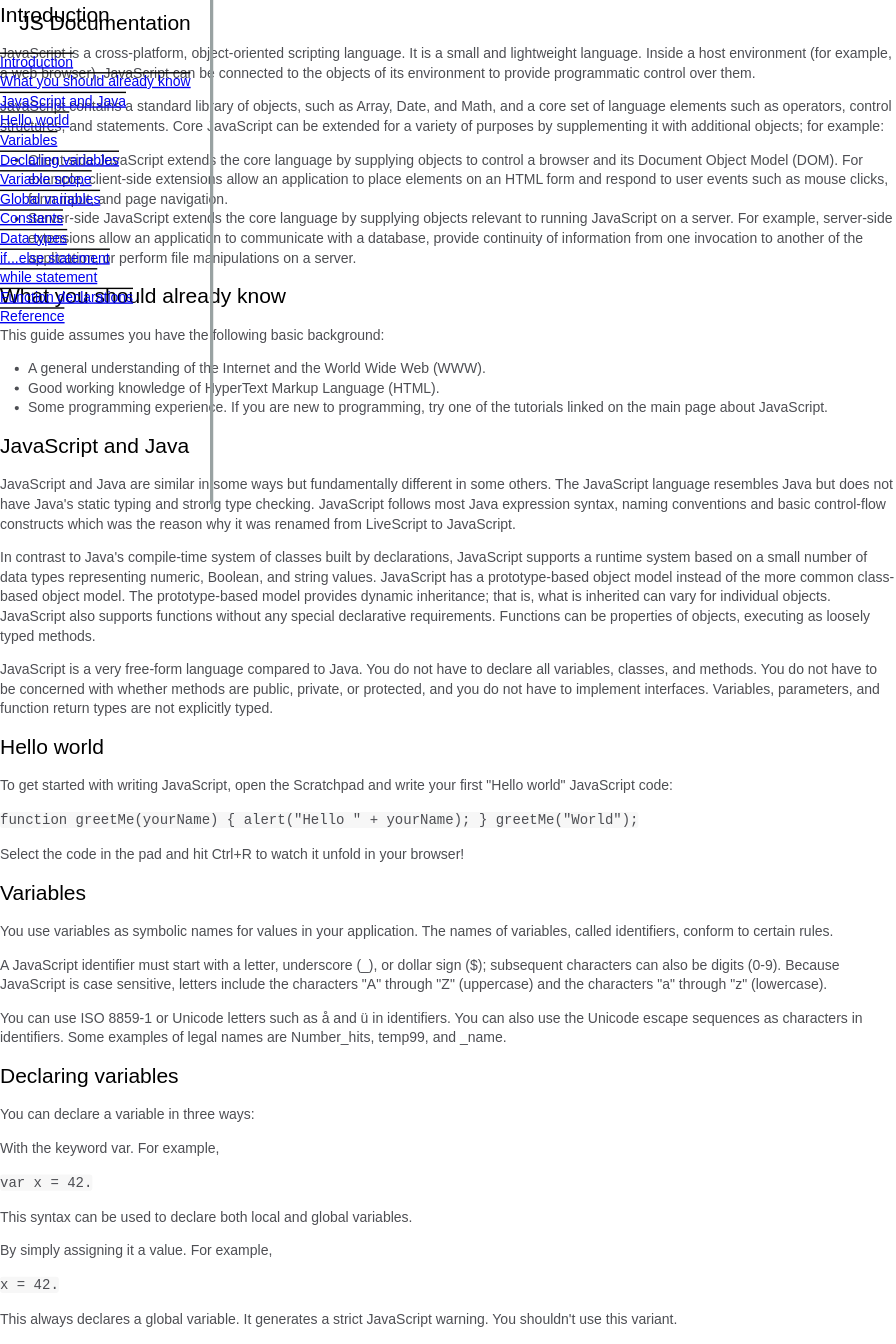
Repository: Lungdjos/technical_document_page_certificate
Page: index.html
These files come from the project's save history. The page is drawn as it stood at one moment and after a run of saves; the edit follows.
The browser window is 1280 px wide. The pictures show the part of the page from y = 0 to 1920 px (the page is 5728 px tall), at 70% of full size.

Above is the page before, as saved 2023-11-21 22:44:41.

### index.html
<!DOCTYPE html>
<html lang="en">

<head>
    <meta charset="UTF-8">
    <meta name="viewport" content="width=device-width, initial-scale=1.0">
    <title>Technical Document</title>
    <link rel="stylesheet" href="./styles.css">
</head>

<body>
    <nav id="nav-bar">
        <header>JS Documentation</header>
        <ul>
            <li>
                <a href="#Introduction" class="nav-link">Introduction</a>
            </li>
            <li>
                <a href="#What_you_should_already_know" class="nav-link">What you should already know</a>
            </li>
            <li>
                <a href="#JavaScript_and_Java" class="nav-link">JavaScript and Java</a>
            </li>
            <li>
                <a href="#Hello_world" class="nav-link">Hello world</a>
            </li>
            <li>
                <a href="#Variables" class="nav-link">Variables</a>
            </li>
            <li>
                <a href="#Declaring_variables" class="nav-link">Declaring variables</a>
            </li>
            <li>
                <a href="#Variable_scope" class="nav-link">Variable scope</a>
            </li>
            <li>
                <a href="#Global_variables" class="nav-link">Global variables</a>
            </li>
            <li>
                <a href="#Constants" class="nav-link">Constants</a>
            </li>
            <li>
                <a href="#Data_types" class="nav-link">Data types</a>
            </li>
            <li>
                <a href="#if...else_statement" class="nav-link">if...else statement</a>
            </li>
            <li>
                <a href="#while_statement" class="nav-link">while statement</a>
            </li>
            <li>
                <a href="#Function_declarations" class="nav-link">Function declarations</a>
            </li>
            <li>
                <a href="#Reference" class="nav-link">Reference</a>
            </li>
        </ul>
    </nav>
    <main id="main-doc">
        <section class="main-section" id="Introduction">
            <header id="">Introduction</header>
            <p>JavaScript is a cross-platform, object-oriented scripting language. It is a small and lightweight language. Inside a host environment (for example, a web browser), JavaScript can be connected to the objects of its environment to provide programmatic
                control over them.</p>
            <p>JavaScript contains a standard library of objects, such as Array, Date, and Math, and a core set of language elements such as operators, control structures, and statements. Core JavaScript can be extended for a variety of purposes by supplementing
                it with additional objects; for example:
                <ul>
                    <li>Client-side JavaScript extends the core language by supplying objects to control a browser and its Document Object Model (DOM). For example, client-side extensions allow an application to place elements on an HTML form and respond
                        to user events such as mouse clicks, form input, and page navigation.</li>
                    <li>Server-side JavaScript extends the core language by supplying objects relevant to running JavaScript on a server. For example, server-side extensions allow an application to communicate with a database, provide continuity of information
                        from one invocation to another of the application, or perform file manipulations on a server.</li>
                </ul>
            </p>

        </section>
        <section class="main-section" id="What_you_should_already_know">
            <header id="">What you should already know</header>
            <p>This guide assumes you have the following basic background:
                <ul>
                    <li>A general understanding of the Internet and the World Wide Web (WWW).</li>
                    <li>Good working knowledge of HyperText Markup Language (HTML).</li>
                    <li>Some programming experience. If you are new to programming, try one of the tutorials linked on the main page about JavaScript.</li>
                </ul>
            </p>

        </section>
        <section class="main-section" id="JavaScript_and_Java">
            <header id="">JavaScript and Java</header>
            <p>JavaScript and Java are similar in some ways but fundamentally different in some others. The JavaScript language resembles Java but does not have Java's static typing and strong type checking. JavaScript follows most Java expression syntax,
                naming conventions and basic control-flow constructs which was the reason why it was renamed from LiveScript to JavaScript.</p>
            <p>In contrast to Java's compile-time system of classes built by declarations, JavaScript supports a runtime system based on a small number of data types representing numeric, Boolean, and string values. JavaScript has a prototype-based object
                model instead of the more common class-based object model. The prototype-based model provides dynamic inheritance; that is, what is inherited can vary for individual objects. JavaScript also supports functions without any special declarative
                requirements. Functions can be properties of objects, executing as loosely typed methods.</p>
            <p>JavaScript is a very free-form language compared to Java. You do not have to declare all variables, classes, and methods. You do not have to be concerned with whether methods are public, private, or protected, and you do not have to implement
                interfaces. Variables, parameters, and function return types are not explicitly typed.</p>
        </section>
        <section class="main-section" id="Hello_world">
            <header id="">Hello world</header>
            <p>
                To get started with writing JavaScript, open the Scratchpad and write your first "Hello world" JavaScript code:</p>
            <code>function greetMe(yourName) { alert("Hello " + yourName); }
                greetMe("World");</code>
            <p>Select the code in the pad and hit Ctrl+R to watch it unfold in your browser!</p>
        </section>
        <section class="main-section" id="Variables">
            <header id="">Variables</header>
            <p>You use variables as symbolic names for values in your application. The names of variables, called identifiers, conform to certain rules.</p>
            <p>A JavaScript identifier must start with a letter, underscore (_), or dollar sign ($); subsequent characters can also be digits (0-9). Because JavaScript is case sensitive, letters include the characters "A" through "Z" (uppercase) and the
                characters "a" through "z" (lowercase).</p>
            <p>You can use ISO 8859-1 or Unicode letters such as å and ü in identifiers. You can also use the Unicode escape sequences as characters in identifiers. Some examples of legal names are Number_hits, temp99, and _name.</p>
        </section>
        <section class="main-section" id="Declaring_variables">
            <header id="">Declaring variables</header>
            <p>You can declare a variable in three ways:</p>
            <p>With the keyword var. For example,</p>
            <code>var x = 42.</code>
            <p>This syntax can be used to declare both local and global variables.</p>
            <p>By simply assigning it a value. For example,</p>
            <code>x = 42.</code><br>
            <p>This always declares a global variable. It generates a strict JavaScript warning. You shouldn't use this variant.</p>
            <p>With the keyword let. For example,</p>
            <code>let y = 13.</code>
            <p>This syntax can be used to declare a block scope local variable. See Variable scope below.</p>
        </section>
        <section class="main-section" id="Variable_scope">
            <header id="">Variable scope</header>
            <p>When you declare a variable outside of any function, it is called a global variable, because it is available to any other code in the current document. When you declare a variable within a function, it is called a local variable, because it
                is available only within that function.</p>
            <p>JavaScript before ECMAScript 2015 does not have block statement scope; rather, a variable declared within a block is local to the function (or global scope) that the block resides within. For example the following code will log 5, because
                the scope of x is the function (or global context) within which x is declared, not the block, which in this case is an if statement.</p>
            <code>if (true) { var x = 5; } console.log(x); // 5</code>
            <p>This behavior changes, when using the let declaration introduced in ECMAScript 2015.</p>
            <code>if (true) { let y = 5; } console.log(y); // ReferenceError: y is
                not defined</code>
        </section>
        <section class="main-section" id="Global_variables">
            <header id="">Global variables</header>
            <p>Global variables are in fact properties of the global object. In web pages the global object is window, so you can set and access global variables using the window.variable syntax.</p>
            <p>Consequently, you can access global variables declared in one window or frame from another window or frame by specifying the window or frame name. For example, if a variable called phoneNumber is declared in a document, you can refer to this
                variable from an iframe as parent.phoneNumber.</p>
        </section>
        <section class="main-section" id="Constants">
            <header id="">Constants</header>
            <p>You can create a read-only, named constant with the const keyword. The syntax of a constant identifier is the same as for a variable identifier: it must start with a letter, underscore or dollar sign and can contain alphabetic, numeric, or
                underscore characters.</p>
            <code>const PI = 3.14;</code>
            <p>A constant cannot change value through assignment or be re-declared while the script is running. It has to be initialized to a value.</p>
            <p>The scope rules for constants are the same as those for let block scope variables. If the const keyword is omitted, the identifier is assumed to represent a variable.</p>
            <p>You cannot declare a constant with the same name as a function or variable in the same scope. For example:</p>
            <code>// THIS WILL CAUSE AN ERROR function f() {}; const f = 5; // THIS
                WILL CAUSE AN ERROR ALSO function f() { const g = 5; var g;
                //statements }</code>
            <p>However, object attributes are not protected, so the following statement is executed without problems.</p>
            <code>const MY_OBJECT = {"key": "value"}; MY_OBJECT.key =
                "otherValue";</code>
        </section>
        <section class="main-section" id="Data_types">
            <header id="">Data types</header>
            <p>The latest ECMAScript standard defines seven data types:
                <ul>
                    <li>Six data types that are primitives:
                        <ul>
                            <li>Boolean. true and false.</li>
                            <li>null. A special keyword denoting a null value. Because JavaScript is case-sensitive, null is not the same as Null, NULL, or any other variant.</li>
                            <li>undefined. A top-level property whose value is undefined.</li>
                            <li>Number. 42 or 3.14159.</li>
                            <li>String. "Howdy"</li>
                            <li>Symbol (new in ECMAScript 2015). A data type whose instances are unique and immutable.</li>
                        </ul>
                    </li>
                    <li>and Object</li>
                </ul>
            </p>
            <p>Although these data types are a relatively small amount, they enable you to perform useful functions with your applications. Objects and functions are the other fundamental elements in the language. You can think of objects as named containers
                for values, and functions as procedures that your application can perform.</p>
        </section>
        <section class="main-section" id="if...else_statement">
            <header id="">if...else statement</header>
            <p>Use the if statement to execute a statement if a logical condition is true. Use the optional else clause to execute a statement if the condition is false. An if statement looks as follows:</p>
            <code>if (condition) { statement_1; } else { statement_2; }</code>
            <p>condition can be any expression that evaluates to true or false. See Boolean for an explanation of what evaluates to true and false. If condition evaluates to true, statement_1 is executed; otherwise, statement_2 is executed. statement_1 and
                statement_2 can be any statement, including further nested if statements.</p>
            <p>You may also compound the statements using else if to have multiple conditions tested in sequence, as follows:</p>
            <code>if (condition_1) { statement_1; } else if (condition_2) {
                statement_2; } else if (condition_n) { statement_n; } else {
                statement_last; }</code>
            <p>In the case of multiple conditions only the first logical condition which evaluates to true will be executed. To execute multiple statements, group them within a block statement ({ ... }) . In general, it's good practice to always use block
                statements, especially when nesting if statements:</p>
            <code>if (condition) { statement_1_runs_if_condition_is_true;
                statement_2_runs_if_condition_is_true; } else {
                statement_3_runs_if_condition_is_false;
                statement_4_runs_if_condition_is_false; }</code>
            <p>It is advisable to not use simple assignments in a conditional expression, because the assignment can be confused with equality when glancing over the code. For example, do not use the following code:</p>
            <code>if (x = y) { /* statements here */ }</code>
            <p>If you need to use an assignment in a conditional expression, a common practice is to put additional parentheses around the assignment. For example:</p>
            <code>if ((x = y)) { /* statements here */ }</code>
        </section>
        <section class="main-section" id="while_statement">
            <header id="">while statement</header>
            <p>A while statement executes its statements as long as a specified condition evaluates to true. A while statement looks as follows:</p>
            <code>while (condition) statement</code>
            <p>If the condition becomes false, statement within the loop stops executing and control passes to the statement following the loop.</p>
            <p>The condition test occurs before statement in the loop is executed. If the condition returns true, statement is executed and the condition is tested again. If the condition returns false, execution stops and control is passed to the statement
                following while.</p>
            <p>To execute multiple statements, use a block statement ({ ... }) to group those statements.</p>
            <p>Example: <br> The following while loop iterates as long as n is less than three:</p>
            <code>var n = 0; var x = 0; while (n < 3) { n++; x += n; }</code>
            <p>With each iteration, the loop increments n and adds that value to x. Therefore, x and n take on the following values:
                <ul>
                    <li>After the first pass: n = 1 and x = 1</li>
                    <li>After the second pass: n = 2 and x = 3</li>
                    <li>After the third pass: n = 3 and x = 6</li>
                </ul>
            </p>
            <p>After completing the third pass, the condition n
                < 3 is no longer true, so the loop terminates.</p>
        </section>
        <section class="main-section" id="Function_declarations">
            <header id="">Function declarations</header>
            <p>A function definition (also called a function declaration, or function statement) consists of the function keyword, followed by:
                <ul>
                    <li>The name of the function.</li>
                    <li>A list of arguments to the function, enclosed in the parentheses and separated by commas.</li>
                    <li>The JavaScript statement that defines the function, enclosed in curly brackets, {}.</li>
                </ul>
            </p>
            <p>For example, the following code defines a simple function named square:</p>
            <code>function square(number) { return number * number; }</code>
            <p>The function square takes one argument, called number. The function consists of one statement that says to return the argument of the function (that is, number) multiplied by itself. The return statement specifies the value returned by the
                function.
            </p>
            <code>return number * number;</code>
            <p>Primitive parameters (such as a number) are passed to functions by value; the value is passed to the function, but if the function changes the value of the parameter, this change is not reflected globally or in the calling function.</p>
        </section>
        <section class="main-section" id="Reference">
            <header id="">Reference</header>
            <ul>
                <li>All the documentation in this page is taken from
                    <a href="https://developer.mozilla.org/en-US/docs/Web/JavaScript/Guide" target="_blank">MDN</a>
                </li>
            </ul>
        </section>
    </main>
</body>

</html>

### styles.css
/* A technical document page stylings */

html {
    box-sizing: border-box;
}

header {
    font-size: 30px;
    font-weight: thin;
    margin: 12px;
    text-align: center;
    color: #000;
}

body {
    font-family: Arial, Helvetica, sans-serif;
    font-size: 20px;
    margin: 0;
    line-height: 1.4;
    min-width: 280px;
    color: #4d4e53;
}


/* nav bar styling */

#nav-bar {
    position: fixed;
    border-right: 5px solid #99a2a2;
    height: 100%;
    width: 300px;
    left: 0;
    top: 0;
    min-width: 280px;
}

#nav-bar ul {
    height: 88%;
    padding: 0;
    overflow-y: auto;
    overflow-x: hidden;
}

.nav-link {
    border-top: 2px solid #000;
    margin-top: 10px;
    list-style: none;
    position: relative;
}


/* body styling */

code {
    background-color: #f7f7f7;
    border-radius: 4px;
    width: 500px;
    height: 30px;
    padding: auto;
}

#main-doc header {
    margin: 0;
    text-align: left;
}

After the next 3 saves:
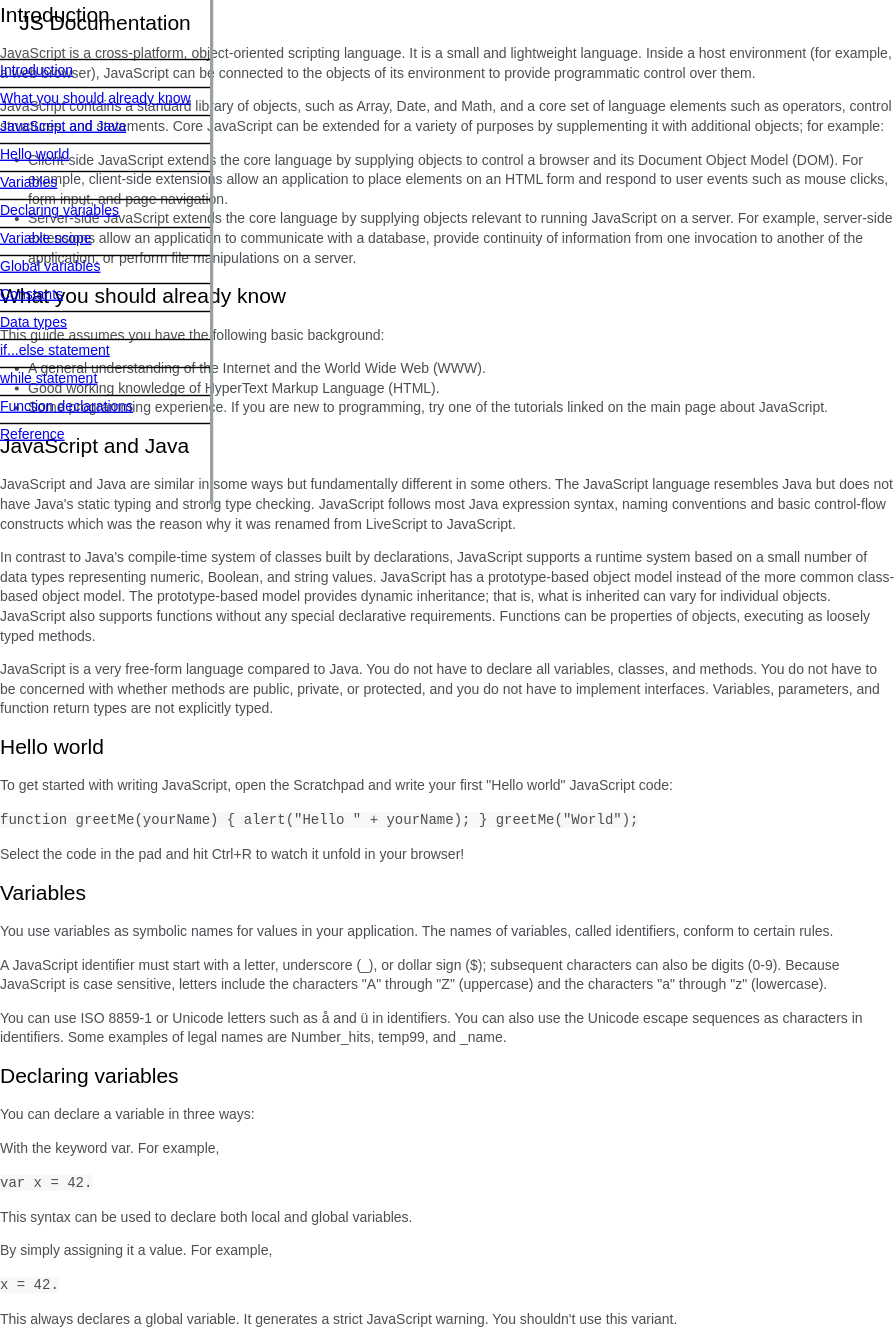
The 3 saves are shown as one change because they came seconds apart.
The last was saved 13 s later.
--- a/styles.css
+++ b/styles.css
@@ -41,7 +41,7 @@ body {
     overflow-x: hidden;
 }
 
-.nav-link {
+#nav-bar li {
     border-top: 2px solid #000;
     margin-top: 10px;
     list-style: none;
